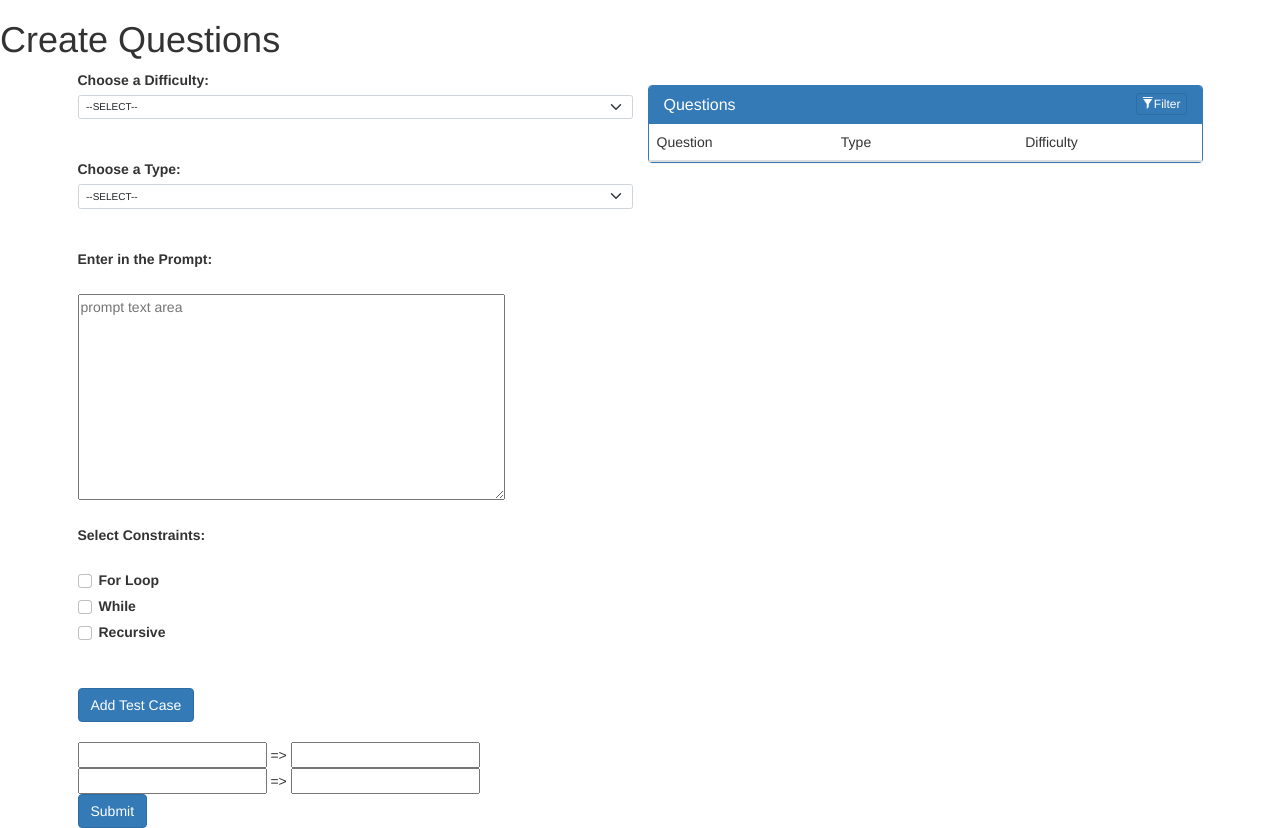
Repository: kavine24/CS490-Python-LMS
Page: html/portal/t/CreateQuestion.html
An editor plug-in stored every save of this project. The page is shown before and after the next save, followed by the edit.
The browser window is 1280 px wide. The pictures show the whole page.
The page's requests for data from a server got no answer. Some web libraries are served in a nearby version.

Above is the page before, as saved 2022-04-05 18:44:19.

### html/portal/t/CreateQuestion.html
<!DOCTYPE html>
<html>
  <head>
    <title>Create Questions</title>
    <!--<link rel="stylesheet" href="style.css">-->

    <link href="https://cdn.jsdelivr.net/npm/bootstrap@5.1.3/dist/css/bootstrap.min.css" rel="stylesheet" integrity="sha384-1BmE4kWBq78iYhFldvKuhfTAU6auU8tT94WrHftjDbrCEXSU1oBoqyl2QvZ6jIW3" crossorigin="anonymous">
    <link href="//netdna.bootstrapcdn.com/bootstrap/3.1.0/css/bootstrap.min.css" rel="stylesheet" id="bootstrap-css">
    <script src="//code.jquery.com/jquery-1.11.1.min.js"></script>
    <script src="//netdna.bootstrapcdn.com/bootstrap/3.1.0/js/bootstrap.min.js"></script>
  </head>

  <style>
    .filterable {
    margin-top: 15px;
    }
    .filterable .panel-heading .pull-right {
        margin-top: -20px;
    }
    .filterable .filters input[disabled] {
        background-color: transparent;
        border: none;
        cursor: auto;
        box-shadow: none;
        padding: 0;
        height: auto;
    }
    .filterable .filters input[disabled]::-webkit-input-placeholder {
        color: #333;
    }
    .filterable .filters input[disabled]::-moz-placeholder {
        color: #333;
    }
    .filterable .filters input[disabled]:-ms-input-placeholder {
        color: #333;
    }
  </style>

  <body>
    <h1>Create Questions</h1>
    <div class="container">
      <div class="row justify-content-around">
        <div class="col-6">
          <form id="createQuestionForm" onsubmit="submitQuestion()">
            <label for="questionDifficulty">Choose a Difficulty:</label>
            <select class="form-select" name="questionDifficulty" id="questionDifficulty">
              <option class="col-2" disabled selected value>--SELECT--</option>
              <option class="col-2" value="Easy">Easy</option>
              <option class="col-2" value="Medium">Medium</option>
              <option class="col-2" value="Hard">Hard</option>
            </select>

            <br><br>

            <label for="questionType">Choose a Type:</label>
            <select class="form-select col-2" name="questionType" id="questionType">
              <option disabled selected value>--SELECT--</option>
              <option value="For Loop">For Loop</option>
              <option value="While Loop">While Loop</option>
              <option value="Recursion">Recursion</option>
              <option value="Arithmetic">Arithmetic</option>
              <option value="Strings">Strings</option>
            </select>

            <br><br>

            <!--Prompt-->
            <label for="prompt">Enter in the Prompt:</label>
            <br><br>
            <textarea id="prompt" name="prompt" rows="10" cols="50" placeholder="prompt text area"></textarea>
            <br><br>

            <!--Choosing Constraints-->
            <label for="constraints">Select Constraints:</label>
            <br><br>

            <div class="form-check">
              <input class="form-check-input" type="checkbox" id="checkFor">
              <label class="form-check-label">For Loop</label>
            </div>

            <div class="form-check">
              <input class="form-check-input" type="checkbox" id="checkWhile">
              <label class="form-check-label">While</label>
            </div>

            <div class="form-check">
              <input class="form-check-input" type="checkbox" id="checkRecursion">
              <label class="form-check-label">Recursive</label>
            </div>

            <br><br>

            <!--Test Cases-->
            <button class="btn btn-primary" type="button" onclick="addTestCase()">Add Test Case</button>
            <br><br>

            <input class="btn btn-primary" id="submit" type="submit" placeholder="Submit" class="submit"></input>
          </form>
        </div>

        <div class="col-6">
          <div class="panel panel-primary filterable">
            <div class="panel-heading">
              <h3 class="panel-title">Questions</h3>
                <div class="pull-right">
                  <button class="btn btn-primary btn-xs btn-filter"><span class="glyphicon glyphicon-filter"></span>Filter</button>
                </div>
            </div>

            <table class="table">
              <thead>
                <tr class="filters">
                  <th><input type="text" class="form-control" placeholder="Question" disabled></th>
                  <th><input type="text" class="form-control" placeholder="Type" disabled></th>
                  <th><input type="text" class="form-control" placeholder="Difficulty" disabled></th>
                </tr>
              </thead>

              <tbody id="tableBody">
              </tbody>
            </table>
          </div>
        </div>
      </div>
    </div>

    <script>
      $(document).ready(function(){
        $('.filterable .btn-filter').click(function(){
          var $panel = $(this).parents('.filterable'),
          $filters = $panel.find('.filters input'),
          $tbody = $panel.find('.table tbody');
          if ($filters.prop('disabled') == true) {
            $filters.prop('disabled', false);
            $filters.first().focus();
          } else {
            $filters.val('').prop('disabled', true);
            $tbody.find('.no-result').remove();
            $tbody.find('tr').show();
          }
        });

        $('.filterable .filters input').keyup(function(e){
          /* Ignore tab key */
          var code = e.keyCode || e.which;
          if (code == '9') return;

          /* Useful DOM data and selectors */
          var $input = $(this),
          $panel = $input.parents('.filterable'),
          column = $panel.find('.filters th'),
          $table = $panel.find('.table'),
          $rows = $table.find('tbody tr');

          /* Dirtiest filter function ever ;) */
          var $filteredRows = $rows.filter(function(){
            var q = $(this).find('td').eq(0).text().toLowerCase();
            var t = $(this).find('td').eq(1).text().toLowerCase();
            var d = $(this).find('td').eq(2).text().toLowerCase();

            qi = q.indexOf(column[0].childNodes[0].value.toLowerCase());
            ti = t.indexOf(column[1].childNodes[0].value.toLowerCase());
            di = d.indexOf(column[2].childNodes[0].value.toLowerCase());

            notValid = (qi === -1) || (ti === -1) || (di === -1);

            return notValid;
          });
          /* Clean previous no-result if exist */
          $table.find('tbody .no-result').remove();
          /* Show all rows, hide filtered ones (never do that outside of a demo ! xD) */
          $rows.show();
          $filteredRows.hide();
          /* Prepend no-result row if all rows are filtered */
          if ($filteredRows.length === $rows.length) {
            $table.find('tbody').prepend($('<tr class="no-result text-center"><td colspan="'+ $table.find('.filters th').length +'">No result found</td></tr>'));
          }
        });
      });

      // add all necacarry event listeners
      //submit listener
      const form = document.getElementById("createQuestionForm");
      function handleForm(event) { event.preventDefault(); }
      form.addEventListener('submit', handleForm);

      let attemptMade = false;

      const inputs = [];
      const questions = [];

      addTestCase();
      addTestCase();
      updateQuestionTable();

      function addTestCase(){
        const testCase = document.createElement("input");
        const result = document.createElement("input");

        inputs.push({testCase,result});

        document.getElementById("createQuestionForm").insertBefore(testCase, document.getElementById("submit"));
        document.getElementById("createQuestionForm").insertBefore(document.createTextNode(" => "), document.getElementById("submit"));
        document.getElementById("createQuestionForm").insertBefore(result, document.getElementById("submit"));
        document.getElementById("createQuestionForm").insertBefore(document.createElement("br"), document.getElementById("submit"));
      }

      function submitQuestion(){
        var difficulty = document.getElementById('questionDifficulty').value;
        var questionType = document.getElementById('questionType').value;
        var prompt = document.getElementById('prompt').value;
        var constraints = {
          for: document.getElementById('checkFor').checked,
          while: document.getElementById('checkWhile').checked,
          recursive: document.getElementById('checkRecursion').checked
        };

        var inputvals = [];
        var outputvals = [];

        for(let i = 0; i < inputs.length; i++){
          inputvals.push(inputs[i].testCase.value);
          outputvals.push(inputs[i].result.value);
        }

        var anyinputempty = false;

        for(let i = 0; i < inputs.length; i++){
          anyinputempty = inputs[i].testCase.value == "" || inputs[i].result.value == ""? true : anyinputempty
        }

        var requestType = 'CreateQuestionFTM';

        if(difficulty == "" || questionType == "" || prompt == "" || anyinputempty){
          if (!attemptMade) {
            const newDiv = document.createElement("div");
            const newContent = document.createTextNode("Cannot Submit: 1 or more fields invalid");
            newDiv.appendChild(newContent);

            document.getElementById("createQuestionForm").appendChild(document.createElement("br"));
            document.getElementById("createQuestionForm").appendChild(newDiv);
            attemptMade = true;
          }
          else{
              document.getElementById("createQuestionForm").lastChild.innerHTML = "Cannot Submit: 1 or more fields invalid";
          }
        }else{

          const data = {difficulty, questionType, prompt, constraints, inputvals, outputvals, requestType};

          const options = {
            method:'POST',
            headers: {
                "Content-type": "application/json; charset=UTF-8"
            },
            body: JSON.stringify(data)
          };
          fetch('http://cs490testcenter.ddns.net:50000/portal/frontBrowser.php', options)
          .then(response => response.json())
          .then(data => {
            if(data.didWork == 1){
              location.assign('http://cs490testcenter.ddns.net:50000/portal/t/CreateQuestion.html');
            }else{
              if (!attemptMade) {
              const newDiv = document.createElement("div");
              const newContent = document.createTextNode("Error Making Quesiton!");
              newDiv.appendChild(newContent);

              document.getElementById("createQuestionForm").appendChild(document.createElement("br"));
              document.getElementById("createQuestionForm").appendChild(newDiv);
              attemptMade = true;
              }
              else{
                document.getElementById("createQuestionForm").lastChild.innerHTML = "Error Making Quesiton!";
              }
            }
          })
          .catch((error) => {
            console.error('Error:', error);
          });
        }
      }

      function updateQuestionTable(){
        let requestType = "DisplayQuestionsFTM"
        const data = {requestType};

        const options = {
          method:'POST',
          headers: {
              "Content-type": "application/json; charset=UTF-8"
          },
          body: JSON.stringify(data)
        };
        fetch('http://cs490testcenter.ddns.net:50000/portal/frontBrowser.php', options)
        .then(response => response.json())
        .then(data => {
          for(let i = 0; i < data.length; i++){
            const tr = document.createElement("tr");

            const questionText = document.createElement("td");
            const typeText = document.createElement("td");
            const difficultyText = document.createElement("td");

            questionText.innerHTML = data[i].question;
            typeText.innerHTML = data[i].type;
            difficultyText.innerHTML = data[i].difficulty;

            tr.appendChild(questionText);
            tr.appendChild(typeText);
            tr.appendChild(difficultyText);

            questions.push({
              question: data[i],
              row: tr
            });

            document.getElementById("tableBody").appendChild(tr);
          }
        })
        .catch((error) => {
          console.error('Error:', error);
        });
      }
    </script>
  </body>
</html>

After the next save:
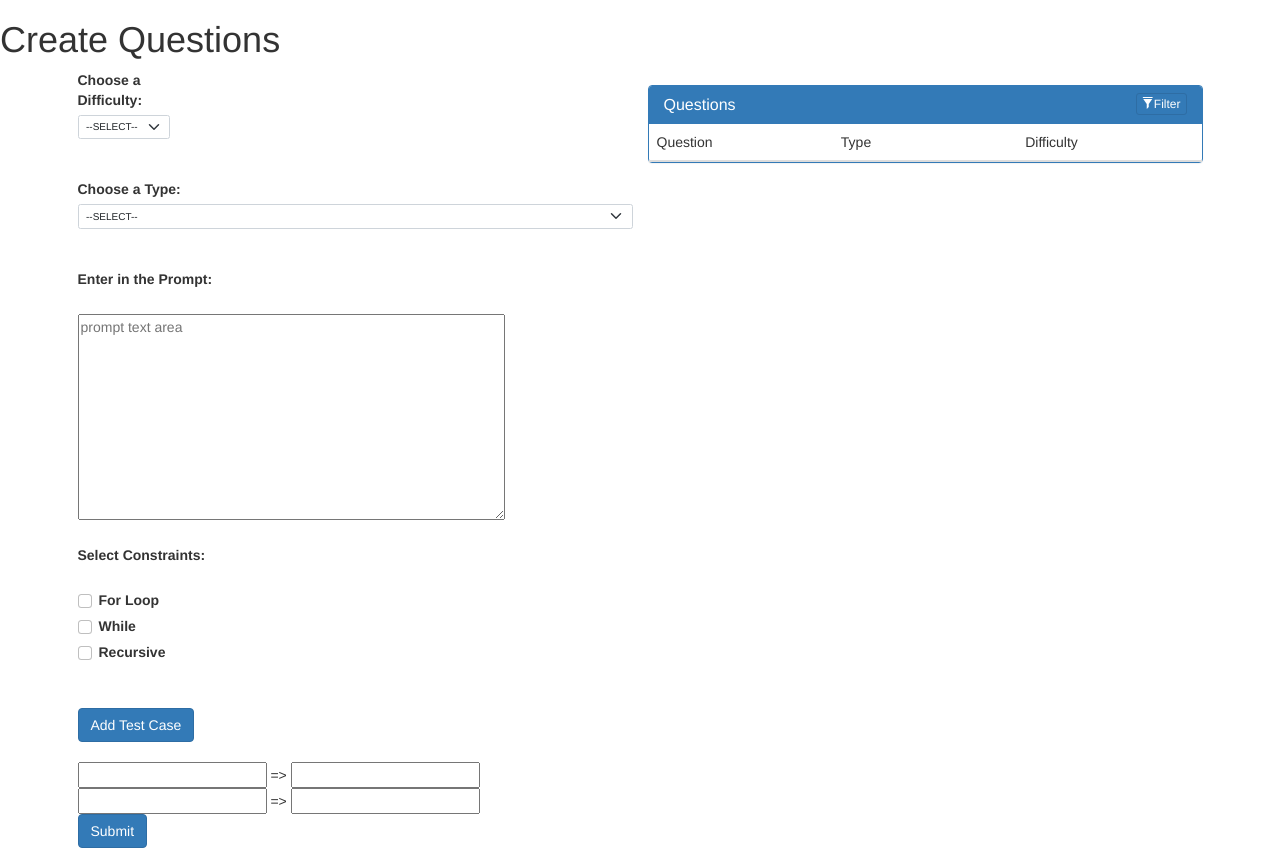
Saved 68 s later.
--- a/html/portal/t/CreateQuestion.html
+++ b/html/portal/t/CreateQuestion.html
@@ -42,13 +42,15 @@
       <div class="row justify-content-around">
         <div class="col-6">
           <form id="createQuestionForm" onsubmit="submitQuestion()">
-            <label for="questionDifficulty">Choose a Difficulty:</label>
-            <select class="form-select" name="questionDifficulty" id="questionDifficulty">
-              <option class="col-2" disabled selected value>--SELECT--</option>
-              <option class="col-2" value="Easy">Easy</option>
-              <option class="col-2" value="Medium">Medium</option>
-              <option class="col-2" value="Hard">Hard</option>
-            </select>
+            <div class="col-2">
+              <label for="questionDifficulty">Choose a Difficulty:</label>
+              <select class="form-select" name="questionDifficulty" id="questionDifficulty">
+                <option disabled selected value>--SELECT--</option>
+                <option value="Easy">Easy</option>
+                <option value="Medium">Medium</option>
+                <option value="Hard">Hard</option>
+              </select>
+            </div>
 
             <br><br>
 

After the save that followed:
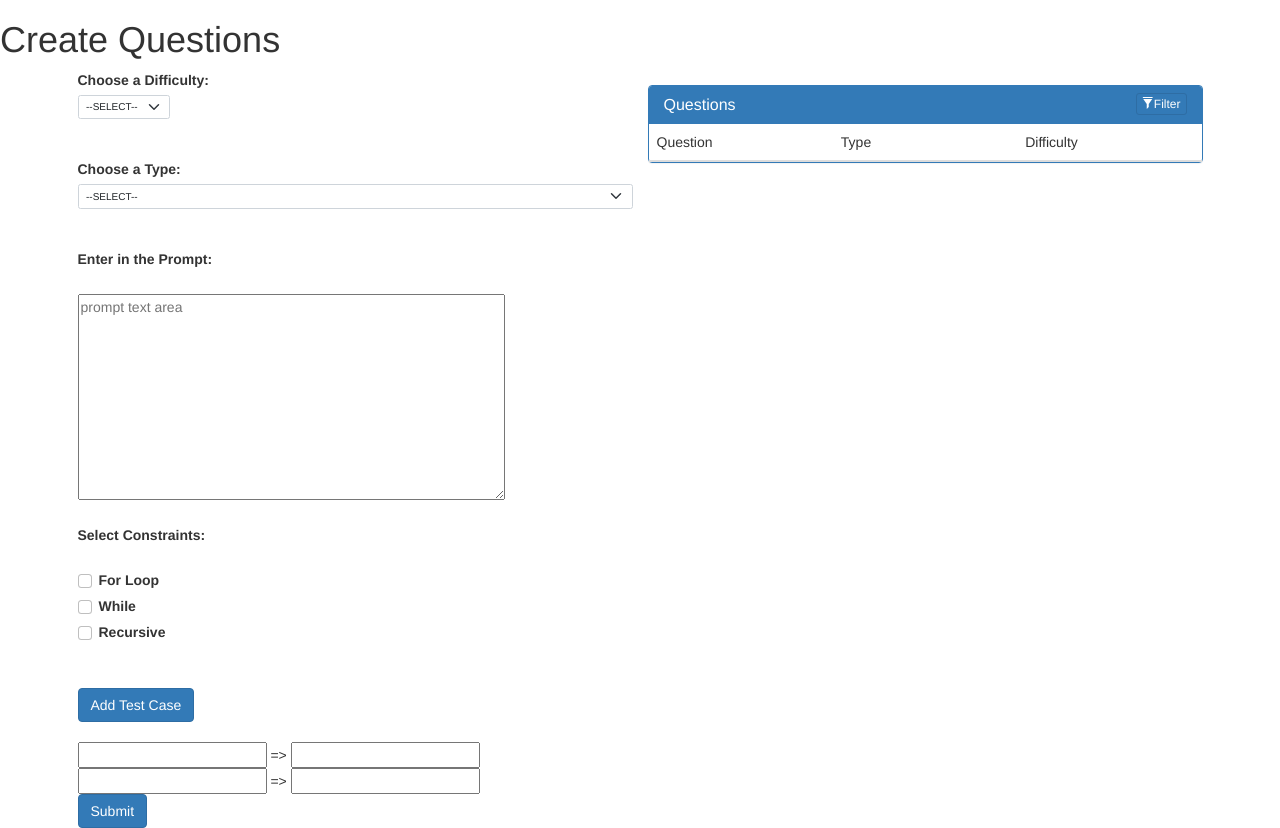
Saved 18 s later.
--- a/html/portal/t/CreateQuestion.html
+++ b/html/portal/t/CreateQuestion.html
@@ -42,8 +42,8 @@
       <div class="row justify-content-around">
         <div class="col-6">
           <form id="createQuestionForm" onsubmit="submitQuestion()">
+            <label for="questionDifficulty">Choose a Difficulty:</label>
             <div class="col-2">
-              <label for="questionDifficulty">Choose a Difficulty:</label>
               <select class="form-select" name="questionDifficulty" id="questionDifficulty">
                 <option disabled selected value>--SELECT--</option>
                 <option value="Easy">Easy</option>
